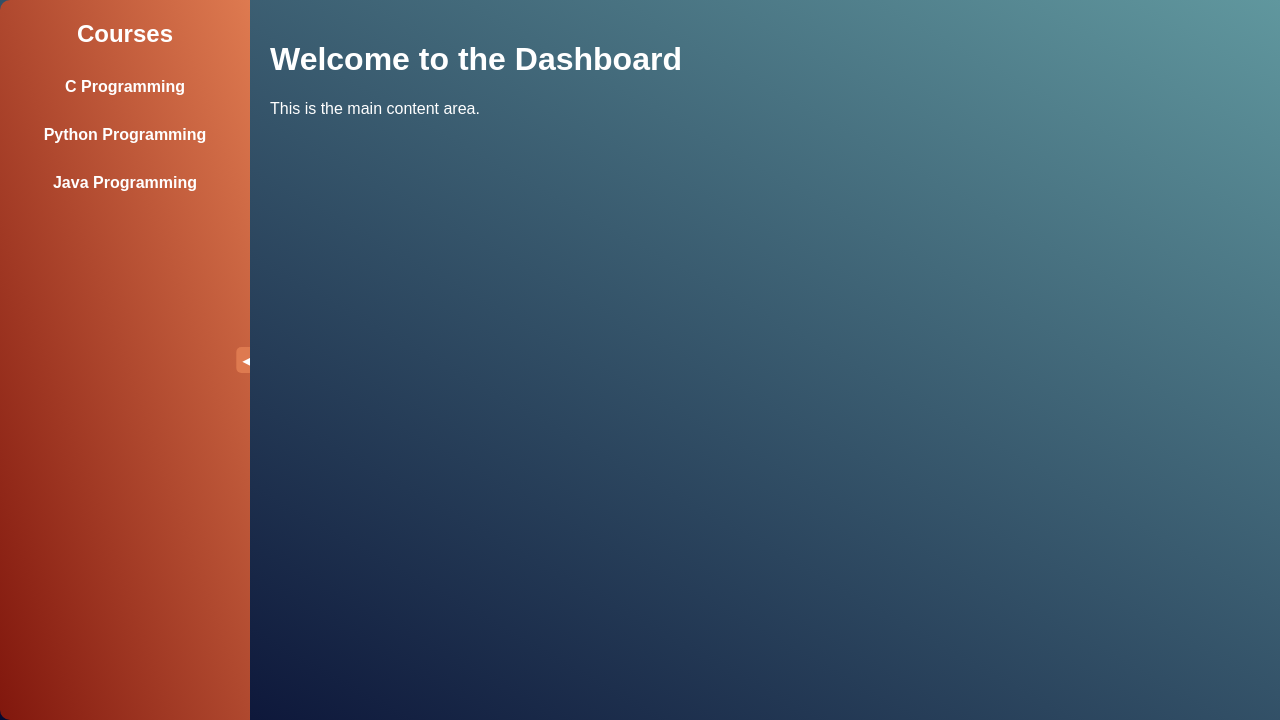
Repository: RishitSharma88/SeaGro
Page: templates/learningcourses.html
An editor plug-in stored every save of this project. The page is shown before and after the next save, followed by the edit.
The browser window is 1280 px wide. The pictures show the whole page.
The template is drawn by Flask 3. The application's start-up code is not run. The template is opened directly, without the code that normally fills it, so the values that code supplies are empty.

Above is the page before, as saved 2024-12-27 14:25:18.

After the next save:
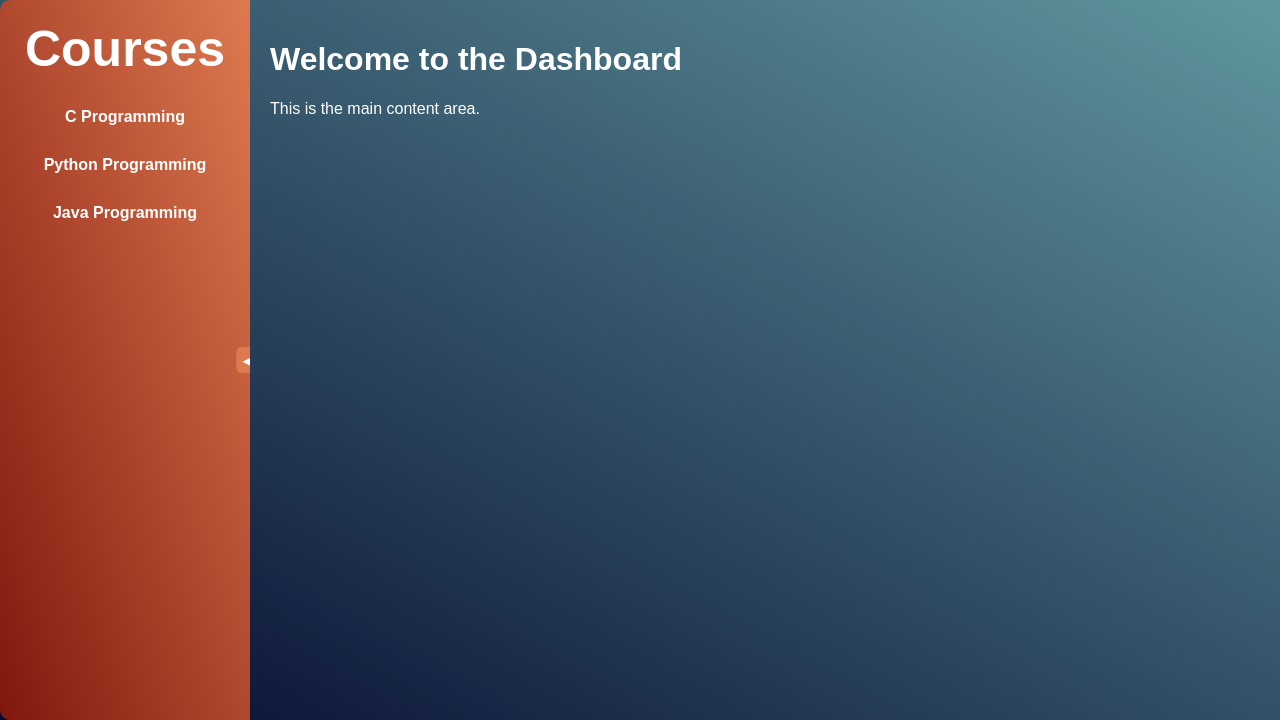
Saved 30 s later.
--- a/templates/learningcourses.html
+++ b/templates/learningcourses.html
@@ -35,7 +35,7 @@
         }
 
         .h {
-            font-size: 24px;
+            font-size: 50px;
             font-weight: bold;
             text-align: center;
             margin: 20px 0;
